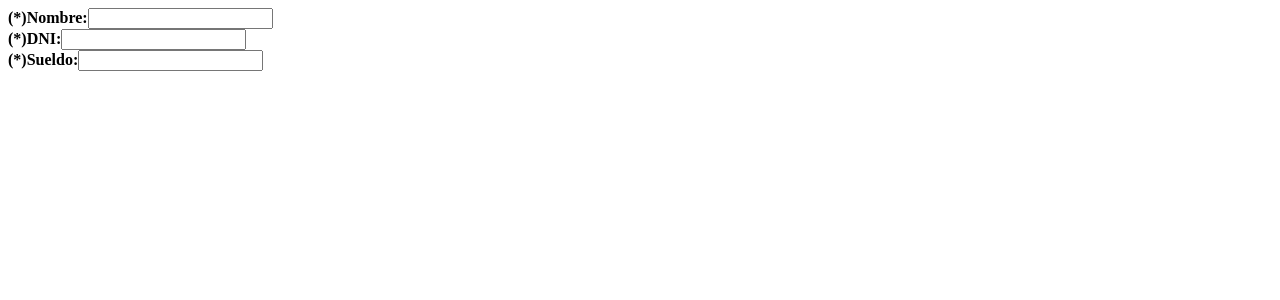
Repository: Myugen/EjercicioPHP
Page: http://localhost/ejercicio1.php
These files come from the project's save history. The page is drawn as it stood at one moment and after the next save; the edit follows.
The browser window is 1280 px wide. The pictures show the whole page.
The page is run by PHP 8.4 with error messages shown; the project is at /var/www/html/.

Above is the page before, as saved 2015-10-19 11:20:55.

### Actividades4-2/ejercicio1.php
<!doctype html>
<html lang="en">
<head>
	<meta charset="UTF-8" />
	<title>Document</title>
</head>
<body>
	<form action="error_ejercicio1.php" method="post">
	<label for="textBoxNombre"><strong>(*)Nombre:</strong></label><input type="text" name="nombre" id="textBoxNombre" /><br>
	<label for="textBoxNombre"><strong>(*)DNI:</strong></label><input type="text" name="dni" id="textBoxDNI" /><br>
	<label for="textBoxNombre"><strong>(*)Sueldo:</strong></label><input type="text" name="sueldo" id="textSueldo" /><br>
	</form>
</body>
</html>

After the next save:
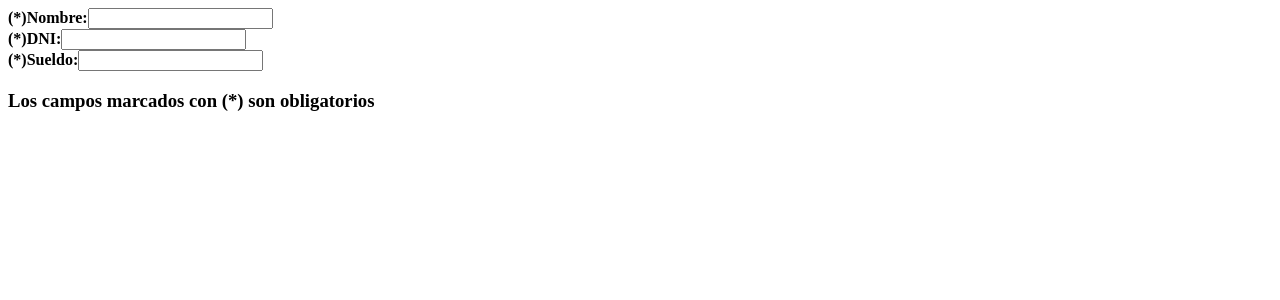
Saved 14 min 53 s later.
--- a/Actividades4-2/ejercicio1.php
+++ b/Actividades4-2/ejercicio1.php
@@ -9,6 +9,8 @@
 	<label for="textBoxNombre"><strong>(*)Nombre:</strong></label><input type="text" name="nombre" id="textBoxNombre" /><br>
 	<label for="textBoxNombre"><strong>(*)DNI:</strong></label><input type="text" name="dni" id="textBoxDNI" /><br>
 	<label for="textBoxNombre"><strong>(*)Sueldo:</strong></label><input type="text" name="sueldo" id="textSueldo" /><br>
+	<h3>Los campos marcados con (*) son obligatorios</h3><br>
+
 	</form>
 </body>
 </html>
